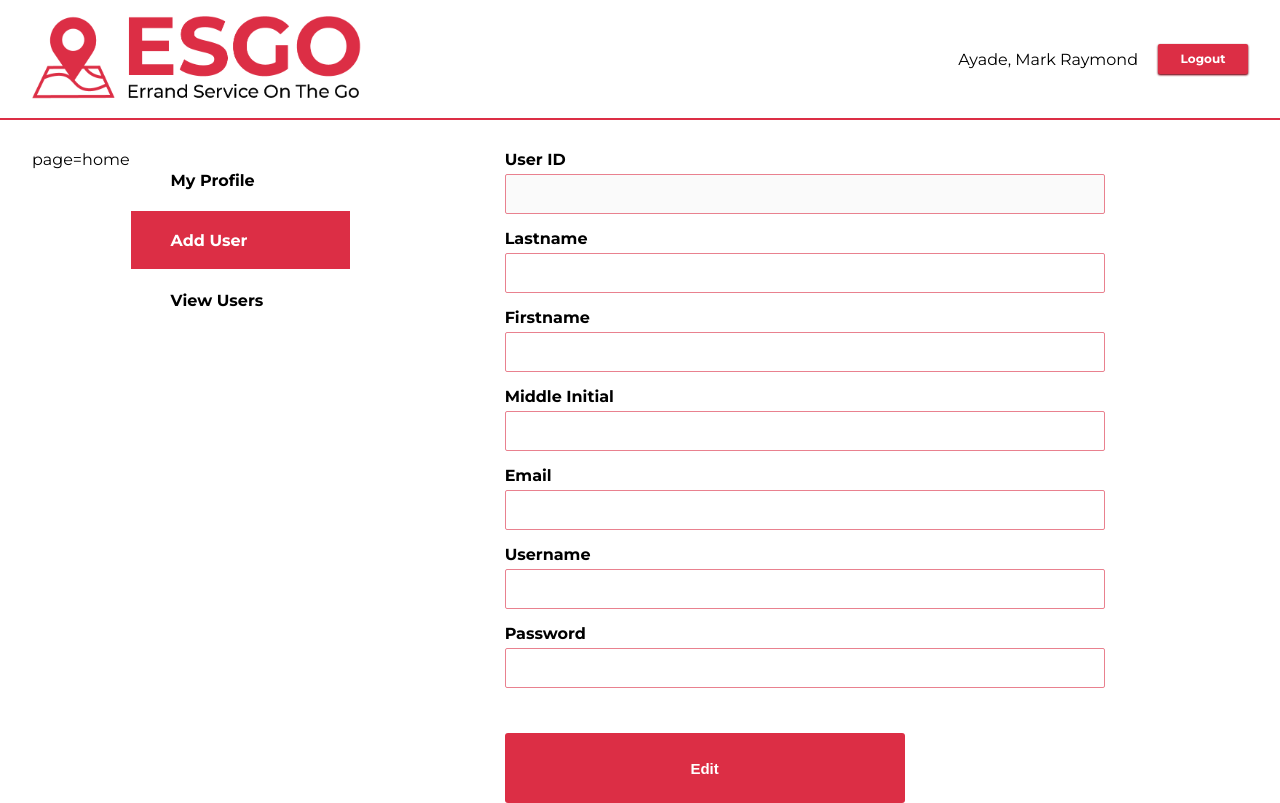
Repository: azkalonz/Int-Prog-2
Page: http://localhost/Int_Prog_2/?page=home
An editor plug-in stored every save of this project. The page is shown before and after the next save, followed by the edit.
The browser window is 1280 px wide. The pictures show the whole page.
The page is served by Tomcat 9. Other server files are loaded and not shown.

Above is the page before, as saved 2021-03-30 05:50:37.

### Int Prog 2/WebContent/index.jsp
<jsp:include page="/WEB-INF/layout/header.jsp"/>
<main>
        <div class="container">
            <jsp:include page="/WEB-INF/layout/nav.jsp" />

            <div class="content">
                <form>
                    <div class="infos">
                        <span>User ID</span>
                        <input type="text" disabled>
                    </div>
                    <div class="infos">
                        <span>Lastname</span>
                        <input type="text">
                    </div>
                    <div class="infos">
                        <span>Firstname</span>
                        <input type="text">
                    </div>
                    <div class="infos">
                        <span>Middle Initial</span>
                        <input type="text">
                    </div>
                    <div class="infos">
                        <span>Email</span>
                        <input type="text">
                    </div>
                    <div class="infos">
                        <span>Username</span>
                        <input type="text">
                    </div>
                    <div class="infos">
                        <span>Password</span>
                        <input type="text">
                    </div>
                    <input class="button" type="submit" value="Edit">
                </form>
            </div>
        </div>
    </main>
<jsp:include page="/WEB-INF/layout/footer.jsp"/>

### Int Prog 2/WebContent/WEB-INF/layout/header.jsp
<%@ page language="java" contentType="text/html; charset=ISO-8859-1"
	pageEncoding="ISO-8859-1"%>
<!DOCTYPE html>
<html>
<head>
<meta charset="ISO-8859-1">
<title>Employee</title>
<link rel="stylesheet" href="<%=request.getContextPath()%>/css/style.css"/>
</head>
<body>
	<header>
	        <div class="container">
	            <div class="logo-con">
	                <img src="<%=request.getContextPath()%>/assets/logo/horizontal.png">
	            </div>
	            <div class="account-con">
	                <span>Ayade, Mark Raymond</span>
	                <a href="./login.html">
	                    <div class="button">Logout</div>
	                </a>
	            </div>
	        </div>
	    </header>

### Int Prog 2/WebContent/WEB-INF/layout/nav.jsp
<%@taglib prefix="c" uri="http://java.sun.com/jsp/jstl/core"%>
<%= request.getQueryString() %>
<div class="nav">
    <a href="<%=request.getContextPath()%>">
        <div class="links">My Profile</div>
    </a>
    <a href="<%=request.getContextPath()%>/register">
        <div class="links<c:if test="${1==1}"> active</c:if>">Add User</div>
    </a>
    <a href="./users.html">
        <div class="links">View Users</div>
    </a>
</div>

### Int Prog 2/WebContent/css/style.css
@import url("https://fonts.googleapis.com/css2?family=Montserrat:ital,wght@0,100;0,200;0,300;0,400;0,500;0,600;0,700;1,100;1,200;1,300;1,400;1,500;1,600&display=swap");

* {
  margin: 0;
  padding: 0;
  box-sizing: border-box;
}

a:link {
	text-decoration: none;
	color: #000;
}

body {
  font-family: "Montserrat";
  font-size: 100%;
}

header {
  display: flex;
  justify-content: center;
  width: 100%;
  height: 120px;
  position: relative;
  border-bottom: 2px solid rgb(220, 46, 69);
}

header .container {
  display: flex;
  justify-content: space-between;
  width: 95%;
  max-width: 1300px;
}

header .container .logo-con {
  padding-top: 5px;
}

header .container .logo-con img {
  height: 100px;
}

header .container .account-con {
  display: flex;
  align-items: center;
}

header .account-con .button {
  width: 90px;
  height: 30px;
  margin-left: 20px;
  border: none;
  background: rgb(220, 46, 69);
  box-shadow: 0 1px 2px 0 rgba(122, 7, 22, 0.783),
    0 1px 2px 0 rgba(122, 7, 22, 0.783);
  cursor: pointer;
  color: white;
  font-family: "Montserrat";
  font-weight: bold;
  font-size: 12px;
  border-radius: 2px;
  line-height: 30px;
  text-align: center;
}

header .account-con .button:hover {
  background: rgb(187, 32, 53);
}

.login-container {
  background: rgb(220, 46, 69);
  display: flex;
  align-items: center;
  justify-content: center;
  height: 100vh;
  font-family: "Montserrat";
  color: rgb(22, 22, 22);
}

.login-container > .container {
  position: relative;
  background: white;
  width: 85%;
  max-width: 1024px;
  border-radius: 10px;
  display: flex;
  box-shadow: 0 2px 4px 0 rgb(80, 12, 21), 0 6px 10px 0 rgb(80, 12, 21);
  padding: 60px 5px;
}

.login-container > .container .logo-container {
  display: flex;
  justify-content: center;
  align-items: center;
  flex-direction: column;
  flex: 3;
}

.logo-container img {
  width: 200px;
  padding-bottom: 35px;
}

.logo-container span {
  color: rgb(220, 46, 69);
  font-weight: bold;
  font-size: 40px;
}

.container .form-container {
  display: flex;
  justify-content: center;
  align-items: center;
  height: 100%;
  flex: 2;
}

.form-container h1 {
  margin-bottom: 20px;
}

.form-container .input-con {
  margin-bottom: 20px;
}

.form-container .input-con input {
  height: 45px;
  width: 300px;
  font-family: "Montserrat";
  padding: 5px 10px;
  border-radius: 5px;
  border: 1px solid rgb(233, 129, 143);
}

.form-container button {
  width: 150px;
  height: 50px;
  background: rgb(220, 46, 69);
  border: none;
  color: white;
  font-size: 16px;
  cursor: pointer;
  border-radius: 4px;
  box-shadow: 0 1px 2px 0 rgba(122, 7, 22, 0.783),
    0 1px 2px 0 rgba(122, 7, 22, 0.783);
  margin-top: 10px;
  font-weight: bold;
  font-family: "Montserrat";
}

.form-container button:hover {
  background: rgb(187, 32, 53);
}

main {
  width: 100%;
  display: flex;
  justify-content: center;
  padding-top: 30px;
}

main .container {
  width: 95%;
  max-width: 1300px;
  display: flex;
  justify-content: center;
}

main .container .nav {
  flex: 2;
  margin-right: 10px;
}

main .container .nav .links {
  padding-left: 40px;
  height: 60px;
  line-height: 60px;
  font-weight: bold;
  border: 1px solid white;
}

.active {
  background: rgb(220, 46, 69);
  color: white;
}

main .container .nav .links:hover {
  background: rgb(220, 46, 69);
  color: white;
  transition: 0.4s;
}

main .container .content {
  flex: 8;
  display: flex;
  justify-content: center;
}

main .container .content .infos {
  display: flex;
  flex-direction: column;
  padding-bottom: 15px;
}

main .container .content .infos span {
  padding-bottom: 5px;
  font-weight: bold;
}

main .container .content .infos input {
  width: 600px;
  height: 40px;
  border-radius: 2px;
  border: 1px solid rgb(233, 129, 143);
  padding: 0 10px;
}

main .container .content .button {
  width: 400px;
  height: 70px;
  background: rgb(220, 46, 69);
  border: none;
  margin-top: 30px;
  color: white;
  font-weight: bold;
  font-size: 15px;
  cursor: pointer;
  border-radius: 3px;
}

main .container .content .button:hover {
  background: rgb(187, 32, 53);
}

main .container .content .infos {
  display: flex;
  flex-direction: column;
  padding-bottom: 15px;
}

main .container .content .infos span {
  padding-bottom: 5px;
  font-weight: bold;
}

main .container .content .infos input {
  width: 600px;
  height: 40px;
  border-radius: 2px;
  border: 1px solid rgb(233, 129, 143);
  padding: 0 10px;
}

main .container .content .button {
  width: 400px;
  height: 70px;
  background: rgb(220, 46, 69);
  border: none;
  margin-top: 30px;
  color: white;
  font-weight: bold;
  font-size: 15px;
  cursor: pointer;
  border-radius: 3px;
}

main .container .content .button:hover {
  background: rgb(187, 32, 53);
}

main .container .content {
  max-height: 800px;
  overflow-y: scroll;
}

main .container .content table {
  width: 100%;
  margin: 0 15px;
  text-align: center;
  border-spacing: 0;
}

main .container .content table thead {
  background: rgb(220, 46, 69);
}

main .container .content table thead th {
  height: 60px;
  column-gap: 0;
  color: white;
}

main .container .content table tbody tr {
  height: 50px;
  background: rgba(247, 244, 244, 0.375);
}

main .container .content table tbody tr td:last-child {
  display: flex;
  justify-content: center;
  padding: 10px 0;
}

main .container .content table tbody .button-action {
  width: 80px;
  height: 30px;
  text-align: center;
  line-height: 30px;
  margin: 0 5px;
  font-size: 12px;
  color: white;
  border-radius: 3px;
  cursor: pointer;
}

.orange {
  background: coral;
  box-shadow: 0px 0px 2px -1px rgba(230, 63, 2, 0.443);
}

.red {
  background: crimson;
  box-shadow: 0px 0px 2px -1px rgba(199, 2, 41, 0.653);
}

.orange:hover {
  background: rgb(248, 95, 39);
}

.red:hover {
  background: rgb(194, 4, 42);
}

Loaded but not shown: Int Prog 2/WebContent/WEB-INF/layout/footer.jsp (common file)

After the next save:
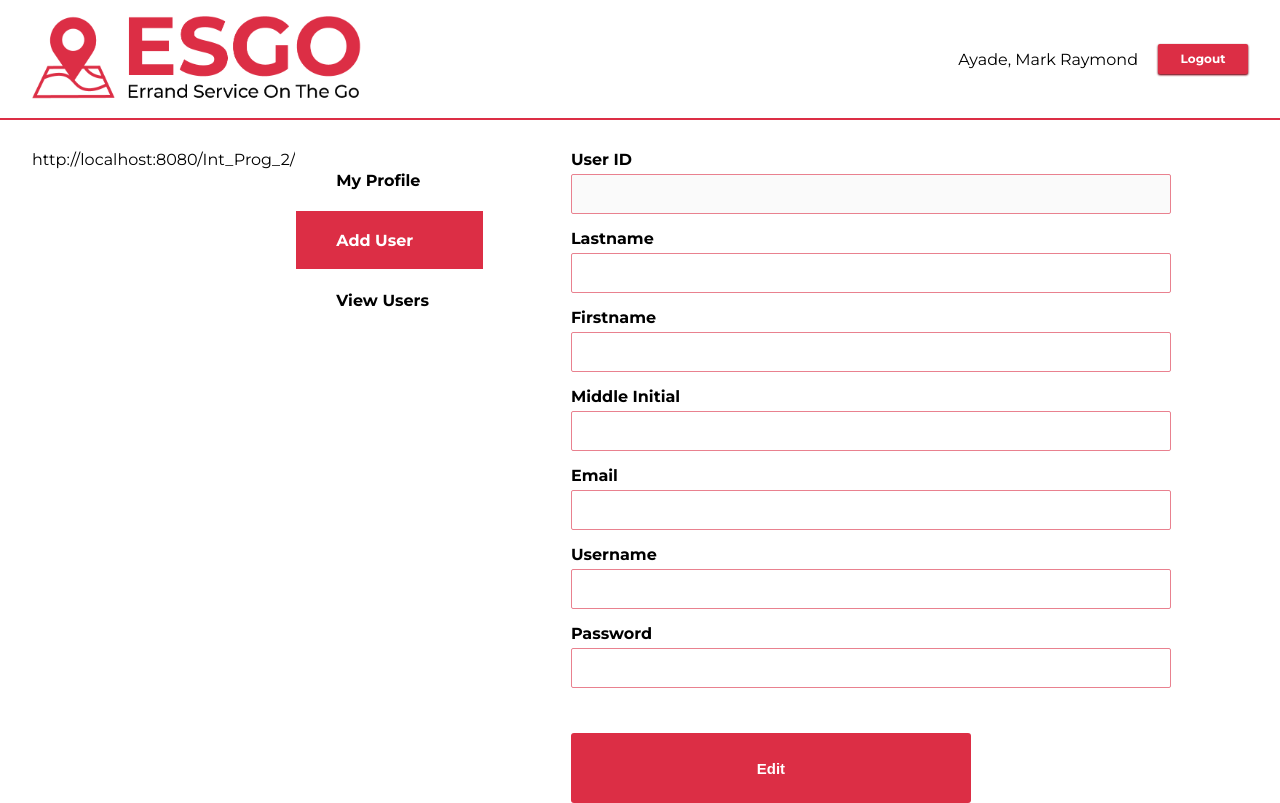
Saved 49 s later.
--- a/Int Prog 2/WebContent/WEB-INF/layout/nav.jsp
+++ b/Int Prog 2/WebContent/WEB-INF/layout/nav.jsp
@@ -1,5 +1,5 @@
 <%@taglib prefix="c" uri="http://java.sun.com/jsp/jstl/core"%>
-<%= request.getQueryString() %>
+<%= request.getRequestURL() %>
 <div class="nav">
     <a href="<%=request.getContextPath()%>">
         <div class="links">My Profile</div>
